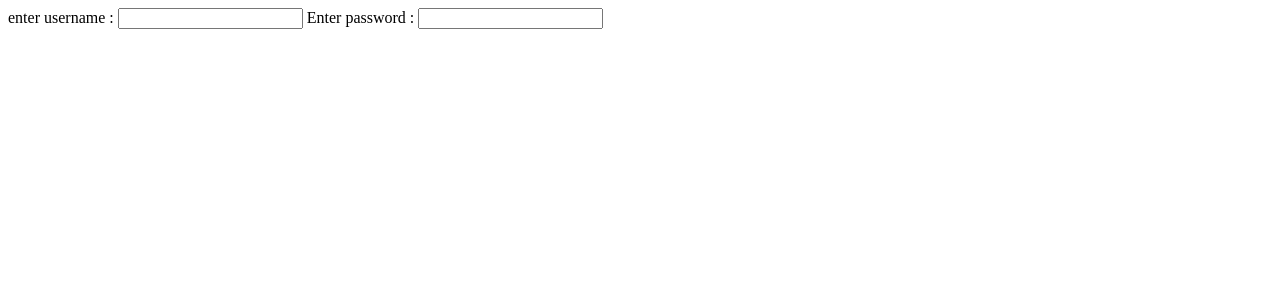
Repository: siddiqnassar/week5
Page: http://localhost/loginService/login.jsp
The author's editor kept a copy of each file at every save. The page is drawn from the files as they stood at one save, then again after the next save.
The browser window is 1280 px wide. The pictures show the whole page.
The page is served by Tomcat 9.

Above is the page before, as saved 2019-07-31 09:26:03.

After the next save:
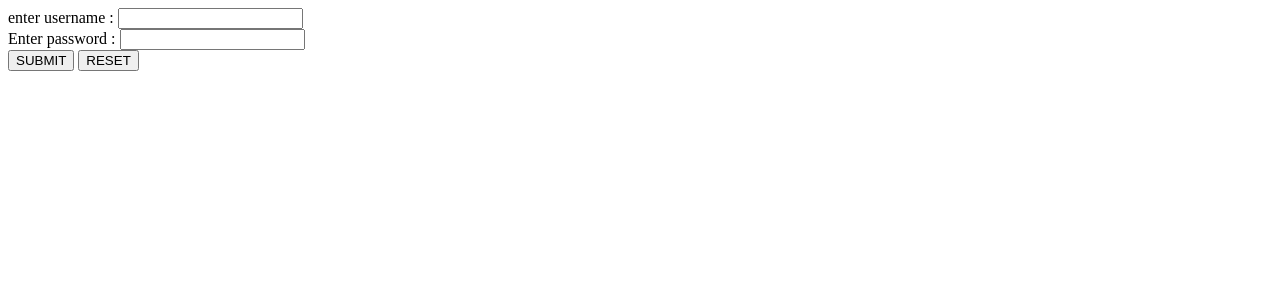
Saved 78 s later.
--- a/loginService/src/main/webapp/login.jsp
+++ b/loginService/src/main/webapp/login.jsp
@@ -8,8 +8,10 @@
 </head>
 <body>
 <form action=" ">
-enter username : <input type="text" name="t1">
-Enter password : <input type="password" name="t2">
+enter username : <input type="text" name="t1"><br>
+Enter password : <input type="password" name="t2"><br>
+<input type="submit" name="t3" value="SUBMIT">
+<input type="reset" name="t4" value="RESET">
 
 </form>
 </body>
